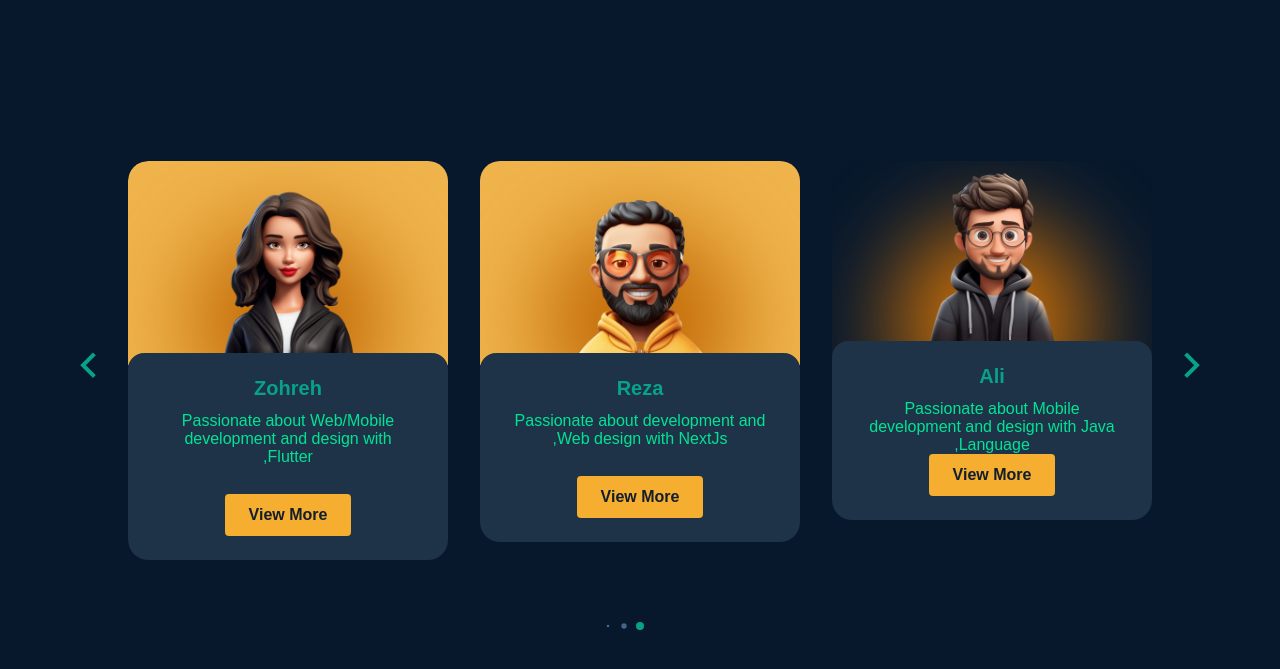
Repository: soroush-g/Card-Slider
Page: index.html
These files come from the project's save history. The page is drawn as it stood at one moment and after the next save; the edit follows.
The browser window is 1280 px wide. The pictures show the whole page.
Some web fonts or font styles are not loaded; a fallback is used.

Above is the page before, as saved 2024-07-22 11:27:39.

After the next save:
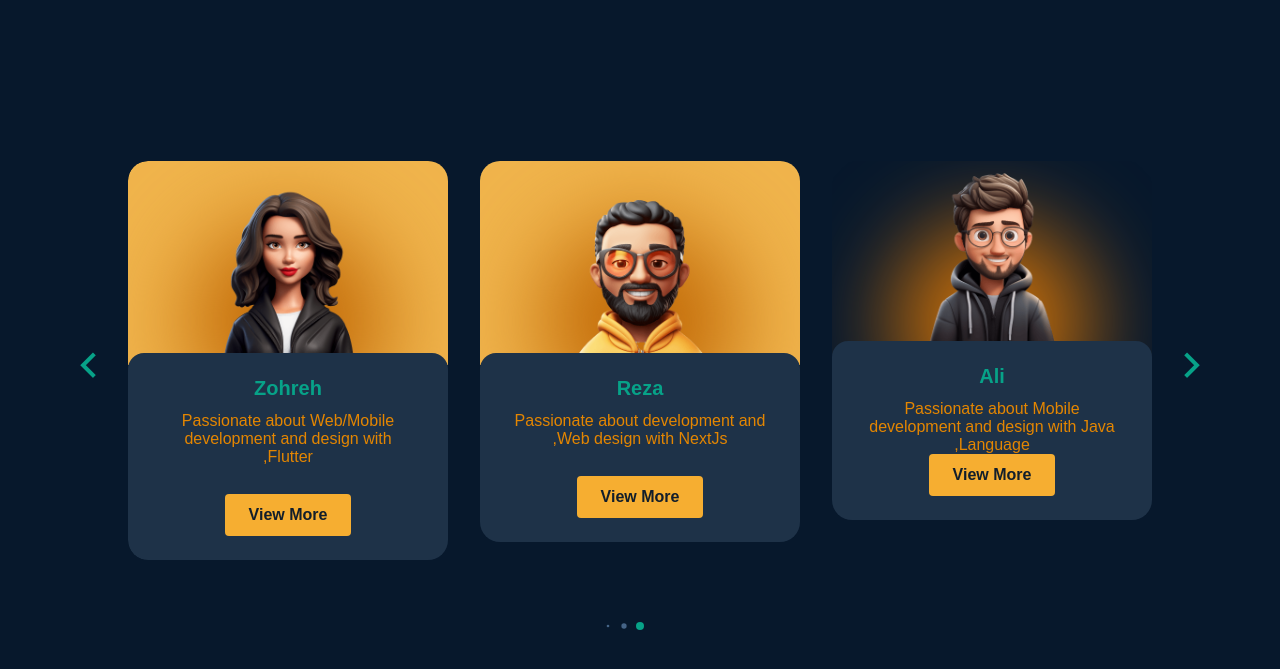
Saved 10 s later.
--- a/assets/css/styles.css
+++ b/assets/css/styles.css
@@ -10,7 +10,7 @@
   --first-color-alt: hsl(32, 91%, 40%);
   --second-color: hsl(170, 92%, 33%);
   --dark-color: hsl(212, 40%, 12%);
-  --white-color: hsl(159, 99%, 45%);
+  --white-color: hsl(35, 99%, 45%);
   --body-color: hsl(212, 73%, 10%);
   --container-color: hsl(212, 42%, 20%);
 
